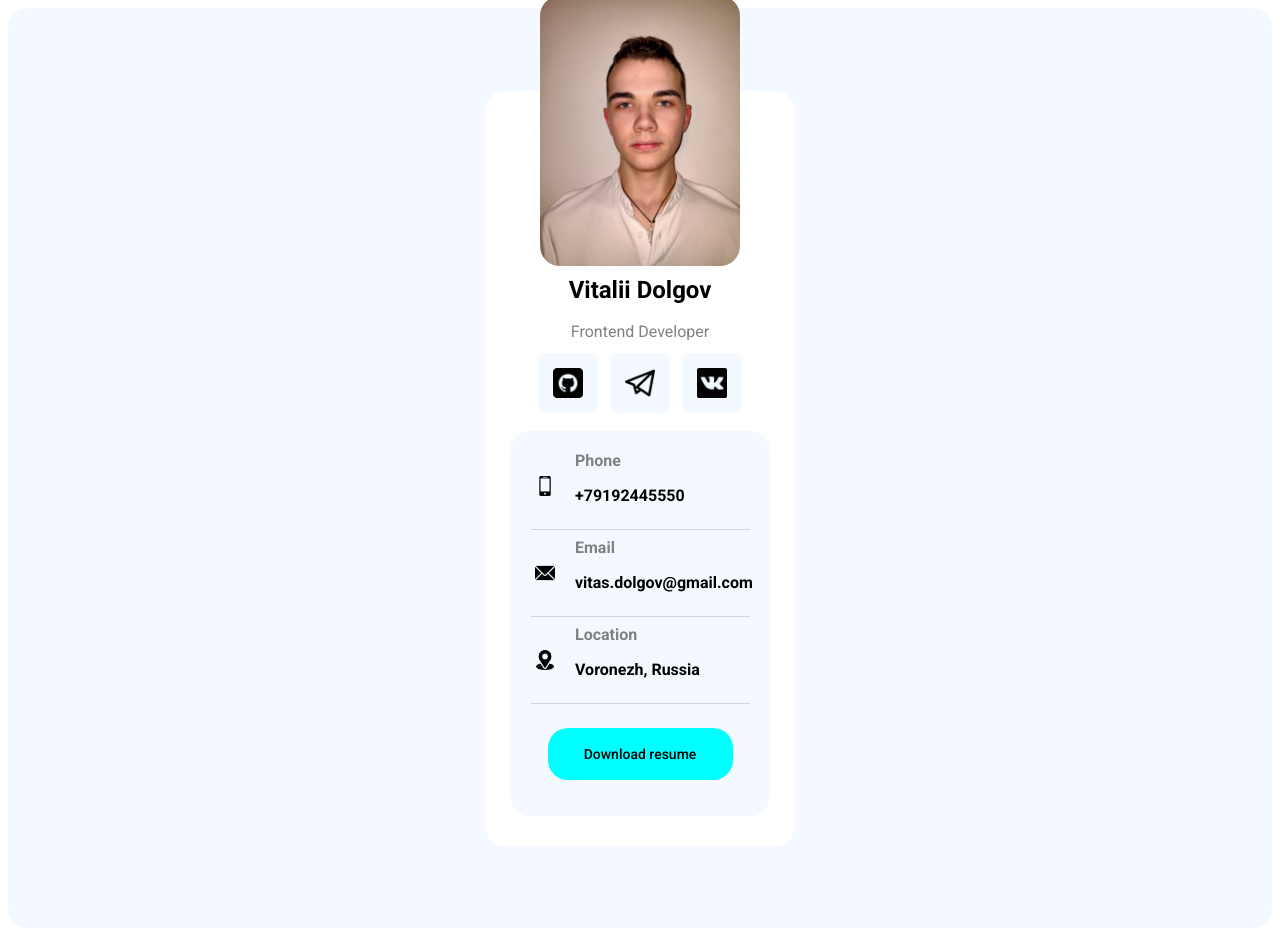
Repository: VitasYo/User_card
Page: src/index.html
The author's editor kept a copy of each file at every save. The page is drawn from the files as they stood at one save, then again after the next save.
The browser window is 1280 px wide. The pictures show the whole page.

Above is the page before, as saved 2024-04-10 00:54:07.

### src/index.html
<!DOCTYPE html>
<html lang="ru">
  <head>
    <meta charset="UTF-8" />
    <meta name="viewport" content="width=device-width, initial-scale=1.0" />
    <title>First html</title>
    <link rel="stylesheet" href="../assets/css/index.css" />
    <script src="script.js"></script>
  </head>
  <body>
    <section class="container">
      <div class="container_card">
        <img class="avatar" src="../assets/img/Фото.jpg" alt="" />
        <div class="user-info">
          <h1>Vitalii Dolgov</h1>
          <div class="position">Frontend Developer</div>
        </div>
        <div>
          <a href="https://github.com/VitasYo"
            ><img class="icon" src="../assets/img/github.png" alt="github"
          /></a>
          <a href="https://t.me/vitasyo"
            ><img class="icon" src="../assets/img/telegram.png" alt="telegram"
          /></a>
          <a href="https://vk.com/vitasyo"
            ><img class="icon" src="../assets/img/vk.png" alt="vk"
          /></a>
        </div>
        <div class="items_card">
          <div class="items_string">
            <img class="card_icon" src="../assets/img/phone.png" />
            <div class="card_info">
              <div><h4>Phone</h4></div>
              <div><p>+79192445550</p></div>
            </div>
          </div>
          <hr class="stripe" noshade width="217" size="1" color="lightgrey">
          <div class="items_string">
            <img class="card_icon" src="../assets/img/email.png" />
            <div class="card_info">
              <div><h4>Email</h4></div>
              <div><p>vitas.dolgov@gmail.com</p></div>
            </div>
          </div>
          <hr class="stripe" noshade width="217" size="1" color="lightgrey">
          <div class="items_string">
            <img class="card_icon" src="../assets/img/location.png" />
            <div class="card_info">
              <div><h4>Location</h4></div>
              <div><p>Voronezh, Russia</p></div>
            </div>
          </div>
          <hr class="stripe" noshade width="217" size="1" color="lightgrey">
          <button class="button">Download resume</button>
        </div>
      </div>
    </section>
  </body>
</html>

### assets/css/index.css
@import url("https://fonts.googleapis.com/css2?family=Roboto:ital,wght@0,100;0,300;0,400;0,500;0,700;0,900;1,100;1,300;1,400;1,500;1,700;1,900&display=swap");
* {
  font-family: "Roboto", sans-serif;
}

.container h1 {
  margin-top: 10px;
  margin-bottom: 0;
}

.container h4 {
  margin-top: 0;
  margin-bottom: 0;
  color: gray;
}

.container p {
  font-weight: bold;
}

.container {
  display: flex;
  flex-direction: column;
  align-items: center;
  background-color: rgb(243, 249, 255);
  border-radius: 20px;
  height: 920px;
  justify-content: center;
}

.container_card {
  display: flex;
  flex-direction: column;
  align-items: center;
  background-color: white;
  border-radius: 20px;
  width: 310px;
}

.position {
  color: gray;
  margin-top: 8px;
}

.avatar {
  margin-top: -95px;
  width: 200px;
  height: 270px;
  border-radius: 20px;
}

.user-info {
  margin-bottom: 8px;
  display: flex;
  flex-direction: column;
  align-items: center;
  gap: 10px;
}

.icon {
  width: 30px;
  height: 30px;
  padding: 15px;
  background-color: rgb(243, 249, 255);
  border-radius: 8.27px;
  margin: 4px;
}

.items_card {
  background-color: rgb(243, 249, 255);
  border-radius: 20px;
  width: 260px;
  padding: 20px 0;
  margin-top: 10px;
  margin-bottom: 30px;
  align-items: center;
  display: flex;
  flex-direction: column;
}

.items_string {
  justify-content: center;
  align-items: center;
  display: flex;
  border-bottom: 1px;
  border-width: 1px;
}

.card_icon {
  width: 20px;
  height: 20px;
  padding: 0 10px;
}

.card_info {
  margin-left: 10px;
  font-size: 16px;
  width: 180px;
}

.button {
  margin: 16px 0;
  background-color: aqua;
  border-radius: 20px;
  border-width: 0;
  width: 185px;
  height: 52px;
  font-size: 14px;
  font-weight: 420;
  cursor: pointer;
}

Loaded but not shown: src/script.js (no stored copy; drawn as an empty file)

After the next save:
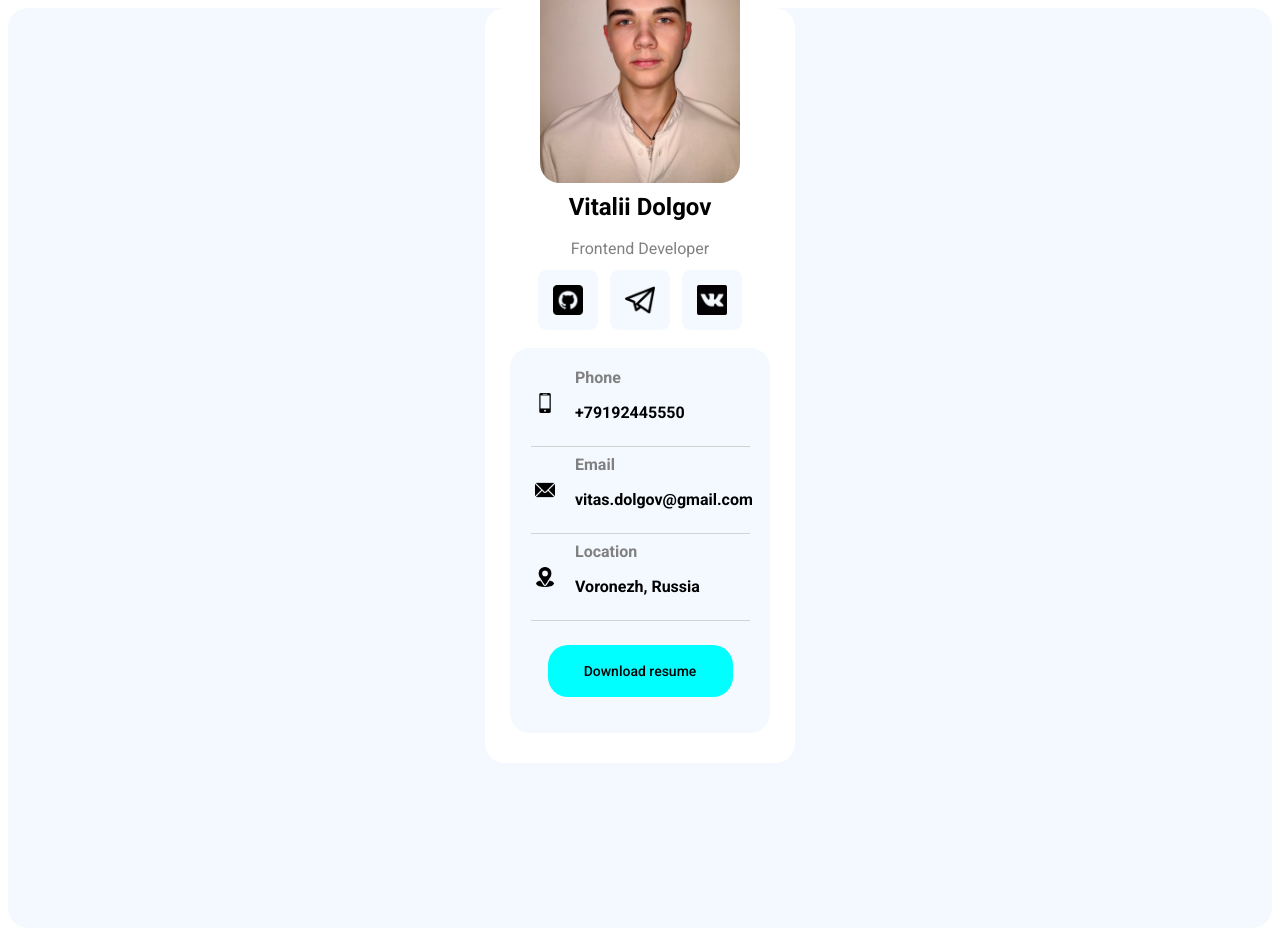
Saved 7 s later.
--- a/assets/css/index.css
+++ b/assets/css/index.css
@@ -25,7 +25,7 @@
   background-color: rgb(243, 249, 255);
   border-radius: 20px;
   height: 920px;
-  justify-content: center;
+  justify-content: bottom;
 }
 
 .container_card {

After the save that followed:
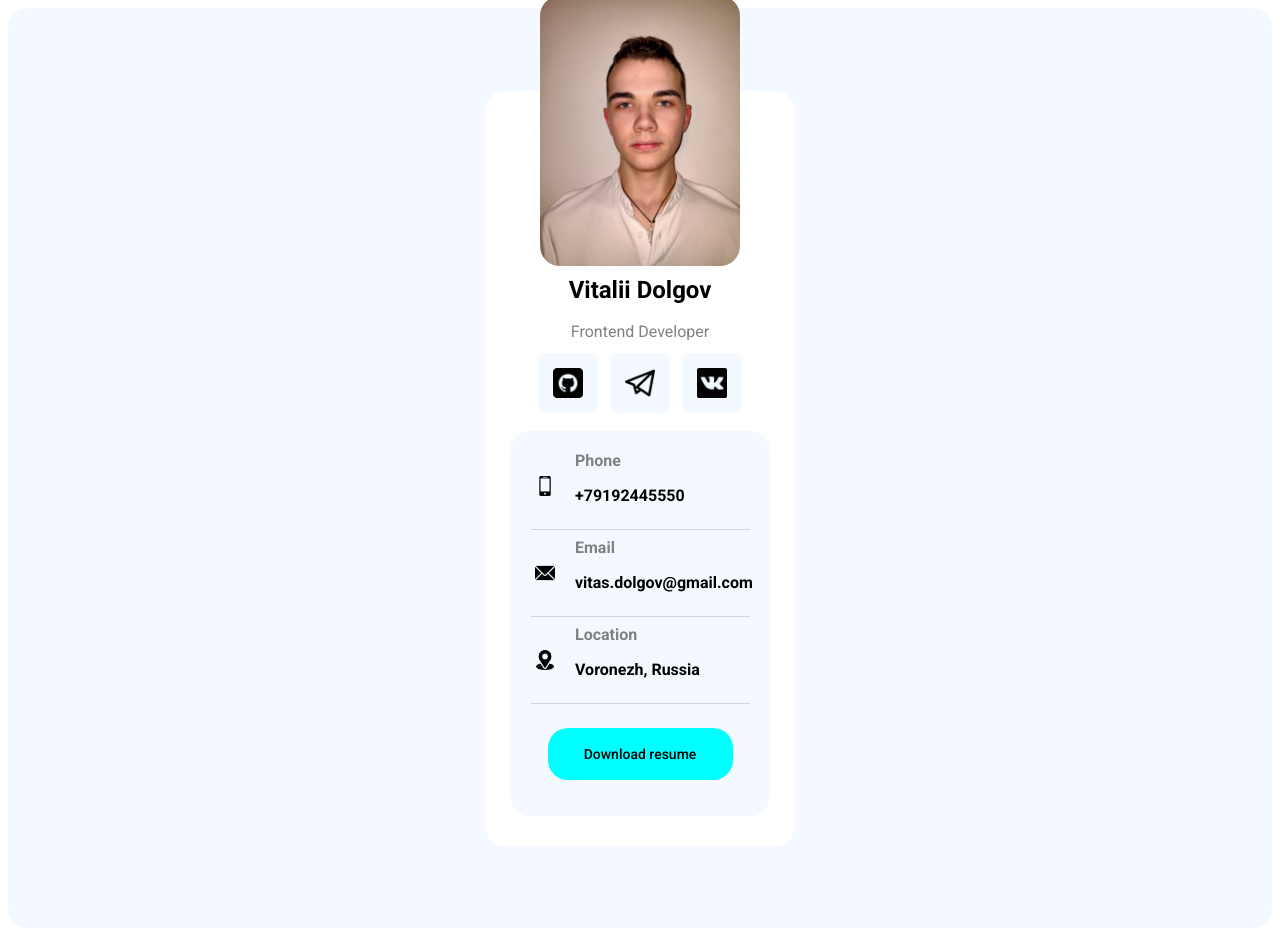
Saved 4 s later.
--- a/assets/css/index.css
+++ b/assets/css/index.css
@@ -25,7 +25,7 @@
   background-color: rgb(243, 249, 255);
   border-radius: 20px;
   height: 920px;
-  justify-content: bottom;
+  justify-content: center;
 }
 
 .container_card {
